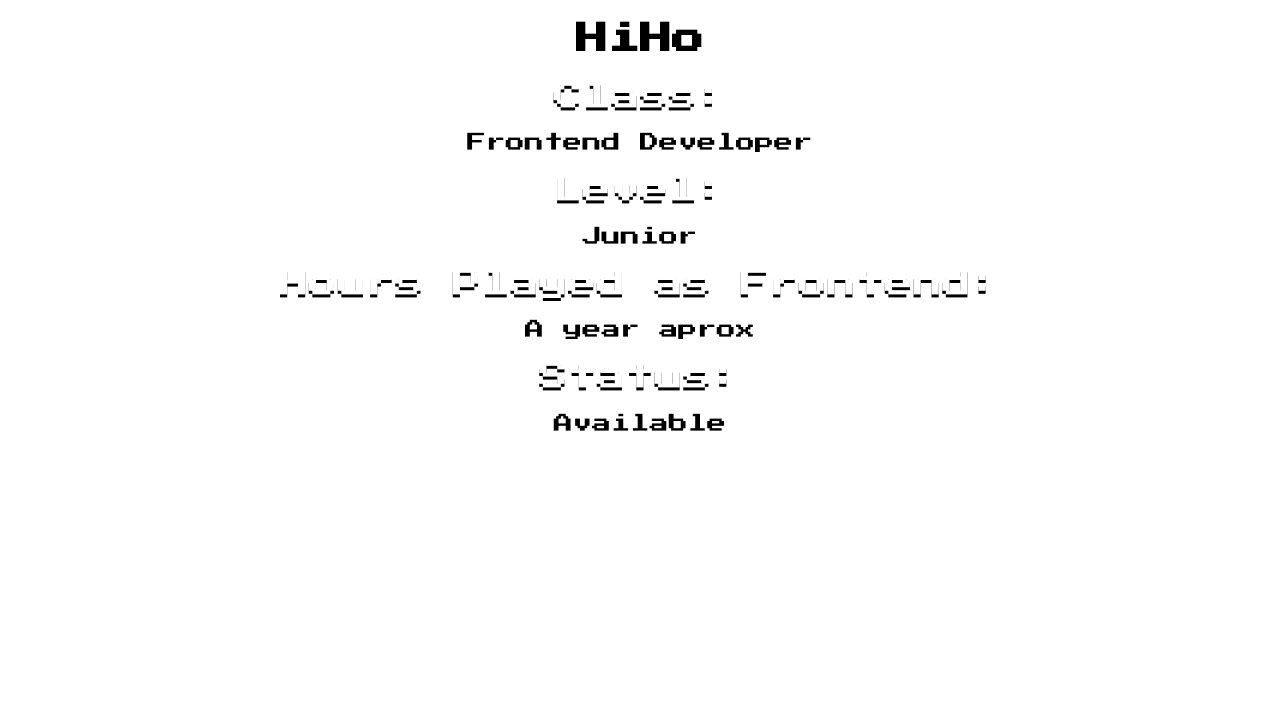
Repository: sernalab/soon
Page: index.html
These files come from the project's save history. The page is drawn as it stood at one moment and after the next save; the edit follows.
The browser window is 1280 px wide. The pictures show the whole page.
Some web fonts or font styles are not loaded; a fallback is used.

Above is the page before, as saved 2018-12-24 01:55:19.

### index.html
<!DOCTYPE html>
<html lang="en">

<head>
    <meta charset="UTF-8">
    <meta name="viewport" content="width=device-width, initial-scale=1.0">
    <meta http-equiv="X-UA-Compatible" content="ie=edge">
    <title>Lulz</title>
    <link rel="stylesheet" href="css/styles.css">
    <link href="https://fonts.googleapis.com/css?family=Aldrich" rel="stylesheet">
    <link href="https://fonts.googleapis.com/css?family=Press+Start+2P" rel="stylesheet">

</head>

<body>
    <main>
        <h1>HiHo</h1>
        <span>Class:</span>
        <p> Frontend Developer</p>
        <span>Level:</span>
        <p>Junior</p>
        <span>Hours Played as Frontend:</span>
        <p>A year aprox</p>
        <span>Status:</span>
        <p>Available</p>
        <!-- 14151b 1d1e27-->
    </main>
</body>

<script>
    // google analitycs
</script>

</html>

### css/styles.css
/*! normalize.css v8.0.1 | MIT License | github.com/necolas/normalize.css */


/* Document
   ========================================================================== */


/**
 * 1. Correct the line height in all browsers.
 * 2. Prevent adjustments of font size after orientation changes in iOS.
 */

html {
    line-height: 1.15;
    /* 1 */
    -webkit-text-size-adjust: 100%;
    /* 2 */
}


/* Sections
   ========================================================================== */


/**
 * Remove the margin in all browsers.
 */

body {
    margin: 0;
}


/**
 * Render the `main` element consistently in IE.
 */

main {
    display: block;
}


/**
 * Correct the font size and margin on `h1` elements within `section` and
 * `article` contexts in Chrome, Firefox, and Safari.
 */

h1 {
    font-size: 2em;
    margin: 0.67em 0;
}


/* Grouping content
   ========================================================================== */


/**
 * 1. Add the correct box sizing in Firefox.
 * 2. Show the overflow in Edge and IE.
 */

hr {
    box-sizing: content-box;
    /* 1 */
    height: 0;
    /* 1 */
    overflow: visible;
    /* 2 */
}


/**
 * 1. Correct the inheritance and scaling of font size in all browsers.
 * 2. Correct the odd `em` font sizing in all browsers.
 */

pre {
    font-family: monospace, monospace;
    /* 1 */
    font-size: 1em;
    /* 2 */
}


/* Text-level semantics
   ========================================================================== */


/**
 * Remove the gray background on active links in IE 10.
 */

a {
    background-color: transparent;
}


/**
 * 1. Remove the bottom border in Chrome 57-
 * 2. Add the correct text decoration in Chrome, Edge, IE, Opera, and Safari.
 */

abbr[title] {
    border-bottom: none;
    /* 1 */
    text-decoration: underline;
    /* 2 */
    text-decoration: underline dotted;
    /* 2 */
}


/**
 * Add the correct font weight in Chrome, Edge, and Safari.
 */

b,
strong {
    font-weight: bolder;
}


/**
 * 1. Correct the inheritance and scaling of font size in all browsers.
 * 2. Correct the odd `em` font sizing in all browsers.
 */

code,
kbd,
samp {
    font-family: monospace, monospace;
    /* 1 */
    font-size: 1em;
    /* 2 */
}


/**
 * Add the correct font size in all browsers.
 */

small {
    font-size: 80%;
}


/**
 * Prevent `sub` and `sup` elements from affecting the line height in
 * all browsers.
 */

sub,
sup {
    font-size: 75%;
    line-height: 0;
    position: relative;
    vertical-align: baseline;
}

sub {
    bottom: -0.25em;
}

sup {
    top: -0.5em;
}


/* Embedded content
   ========================================================================== */


/**
 * Remove the border on images inside links in IE 10.
 */

img {
    border-style: none;
}


/* Forms
   ========================================================================== */


/**
 * 1. Change the font styles in all browsers.
 * 2. Remove the margin in Firefox and Safari.
 */

button,
input,
optgroup,
select,
textarea {
    font-family: inherit;
    /* 1 */
    font-size: 100%;
    /* 1 */
    line-height: 1.15;
    /* 1 */
    margin: 0;
    /* 2 */
}


/**
 * Show the overflow in IE.
 * 1. Show the overflow in Edge.
 */

button,
input {
    /* 1 */
    overflow: visible;
}


/**
 * Remove the inheritance of text transform in Edge, Firefox, and IE.
 * 1. Remove the inheritance of text transform in Firefox.
 */

button,
select {
    /* 1 */
    text-transform: none;
}


/**
 * Correct the inability to style clickable types in iOS and Safari.
 */

button,
[type="button"],
[type="reset"],
[type="submit"] {
    -webkit-appearance: button;
}


/**
 * Remove the inner border and padding in Firefox.
 */

button::-moz-focus-inner,
[type="button"]::-moz-focus-inner,
[type="reset"]::-moz-focus-inner,
[type="submit"]::-moz-focus-inner {
    border-style: none;
    padding: 0;
}


/**
 * Restore the focus styles unset by the previous rule.
 */

button:-moz-focusring,
[type="button"]:-moz-focusring,
[type="reset"]:-moz-focusring,
[type="submit"]:-moz-focusring {
    outline: 1px dotted ButtonText;
}


/**
 * Correct the padding in Firefox.
 */

fieldset {
    padding: 0.35em 0.75em 0.625em;
}


/**
 * 1. Correct the text wrapping in Edge and IE.
 * 2. Correct the color inheritance from `fieldset` elements in IE.
 * 3. Remove the padding so developers are not caught out when they zero out
 *    `fieldset` elements in all browsers.
 */

legend {
    box-sizing: border-box;
    /* 1 */
    color: inherit;
    /* 2 */
    display: table;
    /* 1 */
    max-width: 100%;
    /* 1 */
    padding: 0;
    /* 3 */
    white-space: normal;
    /* 1 */
}


/**
 * Add the correct vertical alignment in Chrome, Firefox, and Opera.
 */

progress {
    vertical-align: baseline;
}


/**
 * Remove the default vertical scrollbar in IE 10+.
 */

textarea {
    overflow: auto;
}


/**
 * 1. Add the correct box sizing in IE 10.
 * 2. Remove the padding in IE 10.
 */

[type="checkbox"],
[type="radio"] {
    box-sizing: border-box;
    /* 1 */
    padding: 0;
    /* 2 */
}


/**
 * Correct the cursor style of increment and decrement buttons in Chrome.
 */

[type="number"]::-webkit-inner-spin-button,
[type="number"]::-webkit-outer-spin-button {
    height: auto;
}


/**
 * 1. Correct the odd appearance in Chrome and Safari.
 * 2. Correct the outline style in Safari.
 */

[type="search"] {
    -webkit-appearance: textfield;
    /* 1 */
    outline-offset: -2px;
    /* 2 */
}


/**
 * Remove the inner padding in Chrome and Safari on macOS.
 */

[type="search"]::-webkit-search-decoration {
    -webkit-appearance: none;
}


/**
 * 1. Correct the inability to style clickable types in iOS and Safari.
 * 2. Change font properties to `inherit` in Safari.
 */

::-webkit-file-upload-button {
    -webkit-appearance: button;
    /* 1 */
    font: inherit;
    /* 2 */
}


/* Interactive
   ========================================================================== */


/*
 * Add the correct display in Edge, IE 10+, and Firefox.
 */

details {
    display: block;
}


/*
 * Add the correct display in all browsers.
 */

summary {
    display: list-item;
}


/* Misc
   ========================================================================== */


/**
 * Add the correct display in IE 10+.
 */

template {
    display: none;
}


/**
 * Add the correct display in IE 10.
 */

[hidden] {
    display: none;
}


/* custom css */

body {
    font-family: 'Press Start 2P';
    background: repeat-linear-gradient( #fff, #fff 10px, #000 10px, #000 20px);
}

main {
    display: flex;
    flex-direction: column;
    justify-content: baseline;
    align-items: center;
}

span {
    color: white;
    font-size: 1.8em;
    text-shadow: 0 .1em 0 #000;
}

p {
    font-size: 1.2em
}

After the next save:
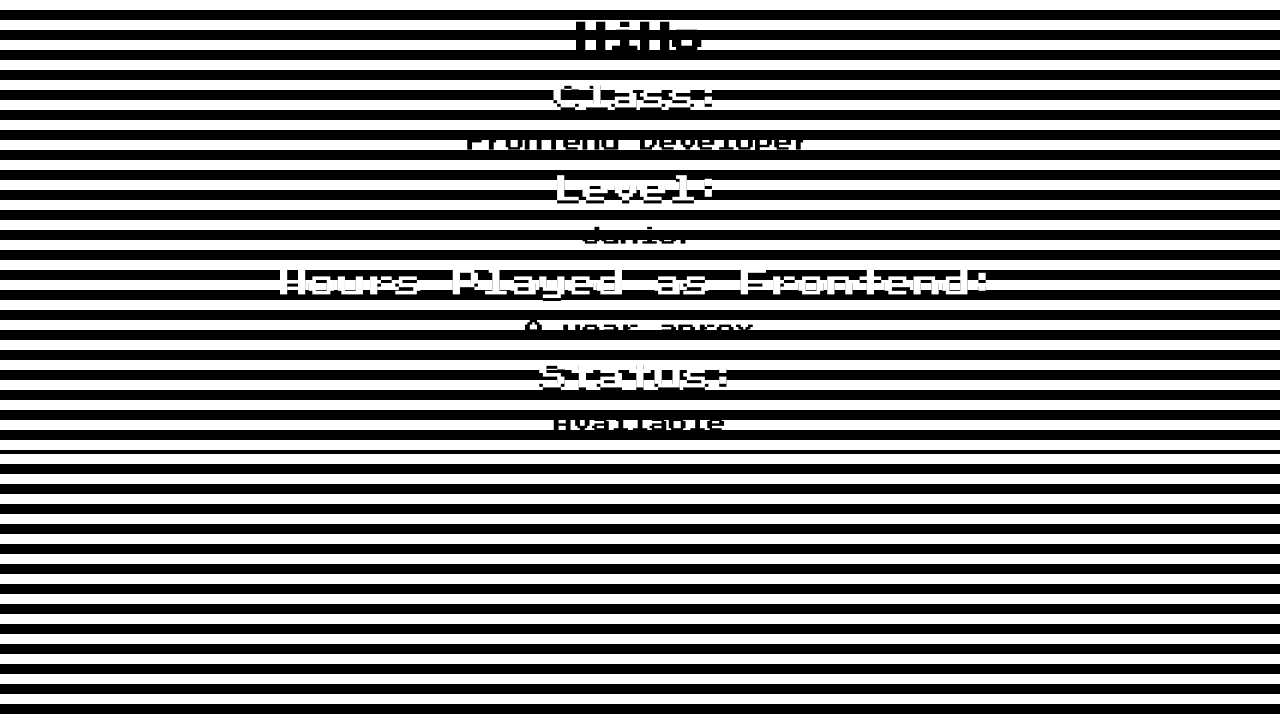
Saved 15 s later.
--- a/css/styles.css
+++ b/css/styles.css
@@ -423,7 +423,7 @@ template {
 
 body {
     font-family: 'Press Start 2P';
-    background: repeat-linear-gradient( #fff, #fff 10px, #000 10px, #000 20px);
+    background: repeating-linear-gradient( #fff, #fff 10px, #000 10px, #000 20px);
 }
 
 main {
